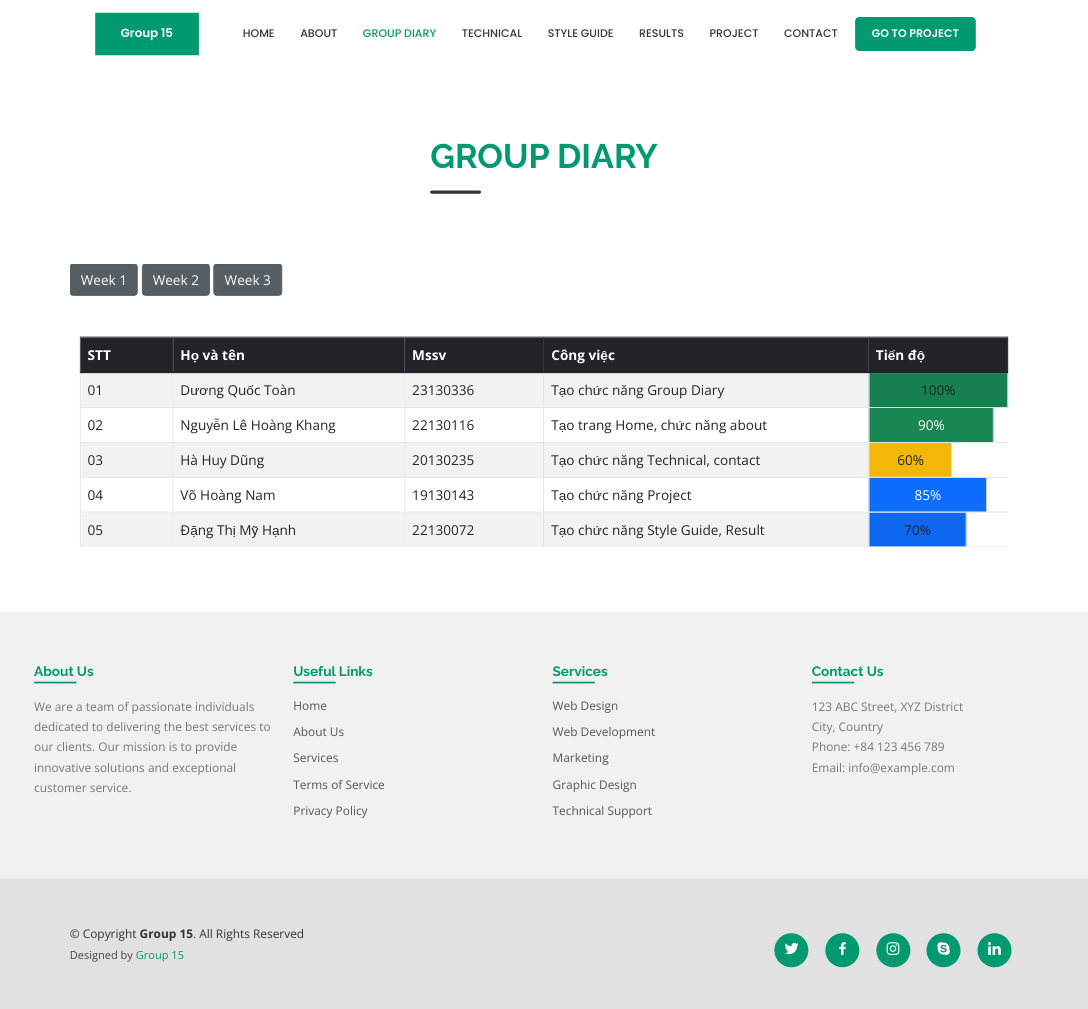
Repository: HoangKhangKhuPho4/Group_Web
Page: groupDiary.html
An editor plug-in stored every save of this project. The page is shown before and after the next save, followed by the edit.
The browser window is 1280 px wide. The pictures show the whole page, at 85% of full size.

Above is the page before, as saved 2025-01-06 09:47:18.

After the next save:
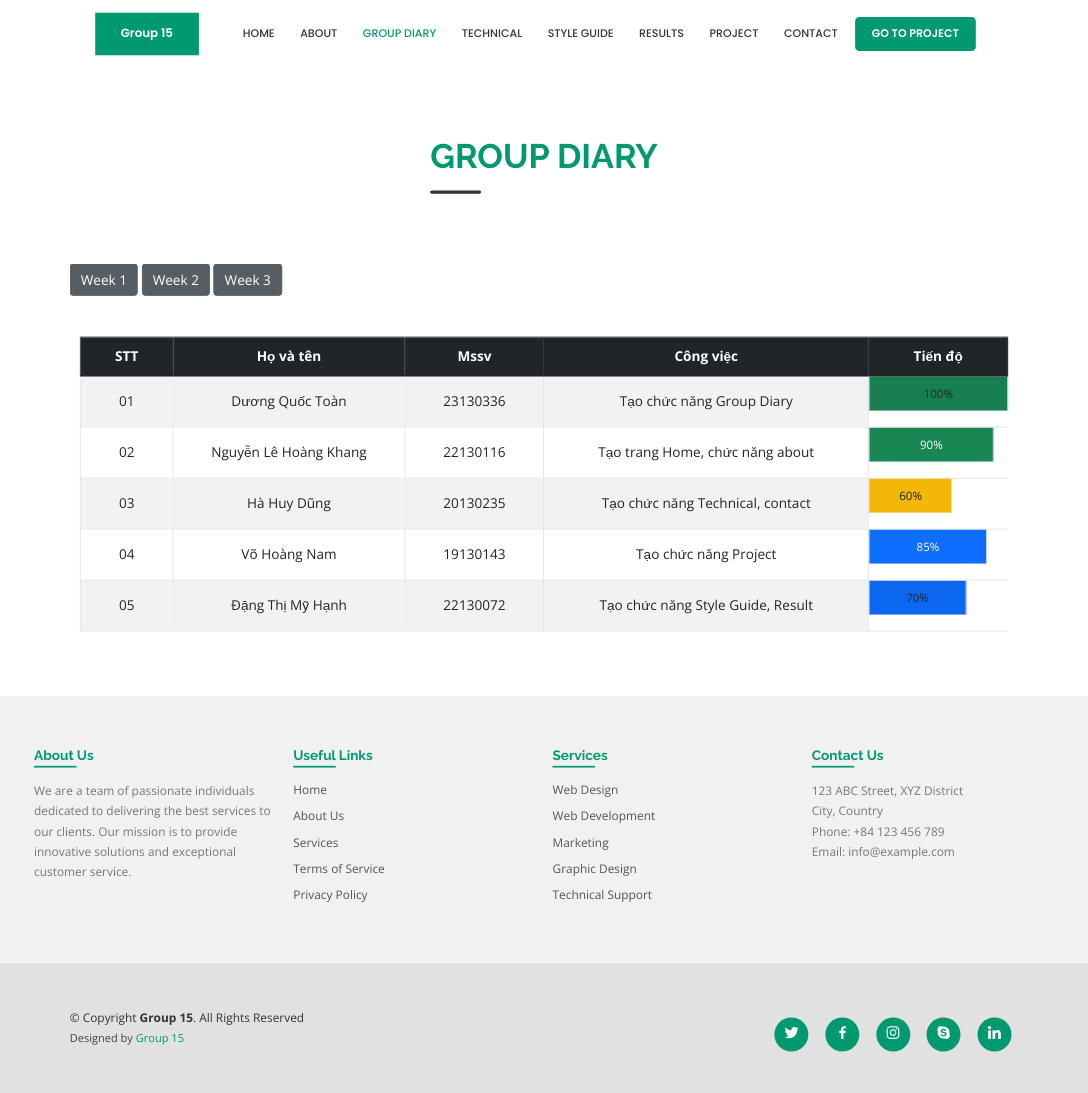
Saved 9 min 45 s later.
--- a/groupDiary.html
+++ b/groupDiary.html
@@ -443,6 +443,41 @@
       border-radius: 10px;  /* Slightly rounded corners */
       transition: background-color 0.3s ease; /* Smooth transition for hover effect */
     }
+
+    /* Căn chỉnh các ô trong bảng */
+.table {
+  width: 100%;
+  table-layout: fixed; /* Đảm bảo các cột có kích thước cố định */
+}
+
+.table th,
+.table td {
+  text-align: center; /* Căn giữa nội dung */
+  vertical-align: middle; /* Căn giữa theo chiều dọc */
+  padding: 10px; /* Khoảng cách nội dung với viền */
+  word-wrap: break-word; /* Chia dòng nếu nội dung quá dài */
+}
+
+.table tbody tr {
+  height: 60px; /* Chiều cao cố định cho hàng */
+}
+
+/* Thanh tiến độ */
+.progress {
+  width: 100%; /* Đảm bảo chiều rộng đầy đủ */
+  height: 20px; /* Chiều cao thanh */
+  margin: 0; /* Xóa khoảng cách thừa */
+  background-color: #e9ecef; /* Màu nền thanh trống */
+  border-radius: 5px; /* Bo tròn góc */
+}
+
+.progress-bar {
+  text-align: center; /* Căn chữ vào giữa */
+  line-height: 20px; /* Căn chỉnh chữ theo chiều dọc */
+  font-size: 0.85em; /* Kích thước chữ */
+  transition: width 0.3s; /* Hiệu ứng thay đổi chiều rộng */
+}
+
 
     /* Add some padding for better spacing around the button */
     .cta-container {
